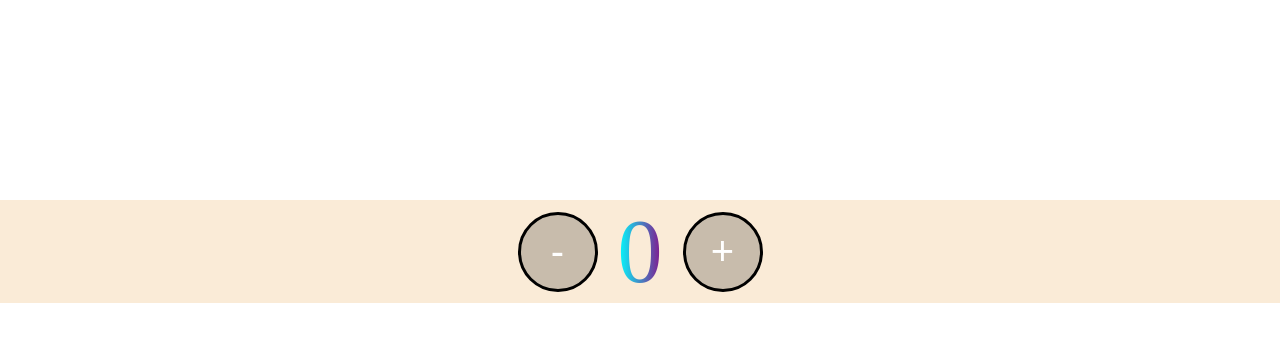
Repository: zRush1202/LoginPage-demo
Page: dom/exercise/counter.html
An editor plug-in stored every save of this project. The page is shown before and after the next save, followed by the edit.
The browser window is 1280 px wide. The pictures show the whole page.

Above is the page before, as saved 2023-09-16 21:37:22.

### dom/exercise/counter.html
<!DOCTYPE html>
<html lang="en">
<head>
    <meta charset="UTF-8">
    <meta name="viewport" content="width=device-width, initial-scale=1.0">
    <title>Counter</title>
    <link rel="stylesheet" href="counter.css">
</head>
<body>
    <div class="box">
        <button class="des">-</button>
        <span class="num">0</span>
        <button class="ins">+</button>
    </div>
    <script src="counter.js"></script>
</body>
</html>

### dom/exercise/counter.css
* {
    margin: 0;
    padding: 0;
}

.box {
    display: flex;
    justify-content: center;
    align-items: center;
    text-align: center;
    position: relative;
    top: 200px;
    background-color: antiquewhite;
}

.num {
    text-align: center;
    font-size: 90px;
    margin-left: 20px;
    margin-right: 20px;
    color: transparent;
    background-clip: text;
    -webkit-background-clip: text;
    background-image: linear-gradient(to right,  cyan,  rgb(137, 12, 137));
}

.des, .ins{
    height: 80px;
    width: 80px;
    font-size: 40px;
    border-radius: 40px;
    background-color: rgb(0, 0, 0, 0.2);
    color: white;
    border: 3px solid black;

}

.des:hover, .ins:hover {
    background-color: cyan;
    color: white;
}

### dom/exercise/counter.js
const ins = document.querySelector(".ins");
const des = document.querySelector(".des");
let num = document.querySelector(".num");

function increase(){
    let n = Number(num.textContent);
    n += 1;
    num.textContent = n;
}

function descrease(){
    let n = Number(num.textContent);
    n -= 1;
    num.textContent = n;
}

ins.addEventListener('click', increase);
des.addEventListener('click', descrease);

After the next save:
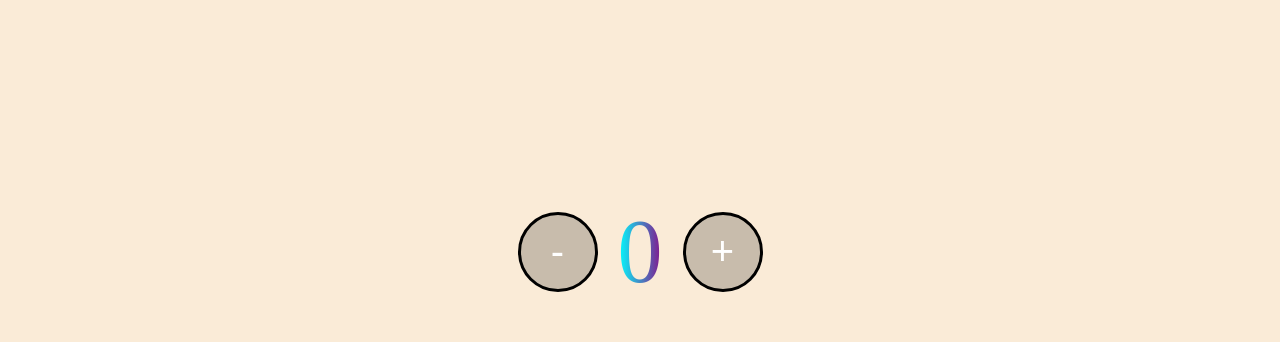
Saved 14 s later.
--- a/dom/exercise/counter.css
+++ b/dom/exercise/counter.css
@@ -1,6 +1,7 @@
 * {
     margin: 0;
     padding: 0;
+    background-color: antiquewhite;
 }
 
 .box {
@@ -10,7 +11,6 @@
     text-align: center;
     position: relative;
     top: 200px;
-    background-color: antiquewhite;
 }
 
 .num {
